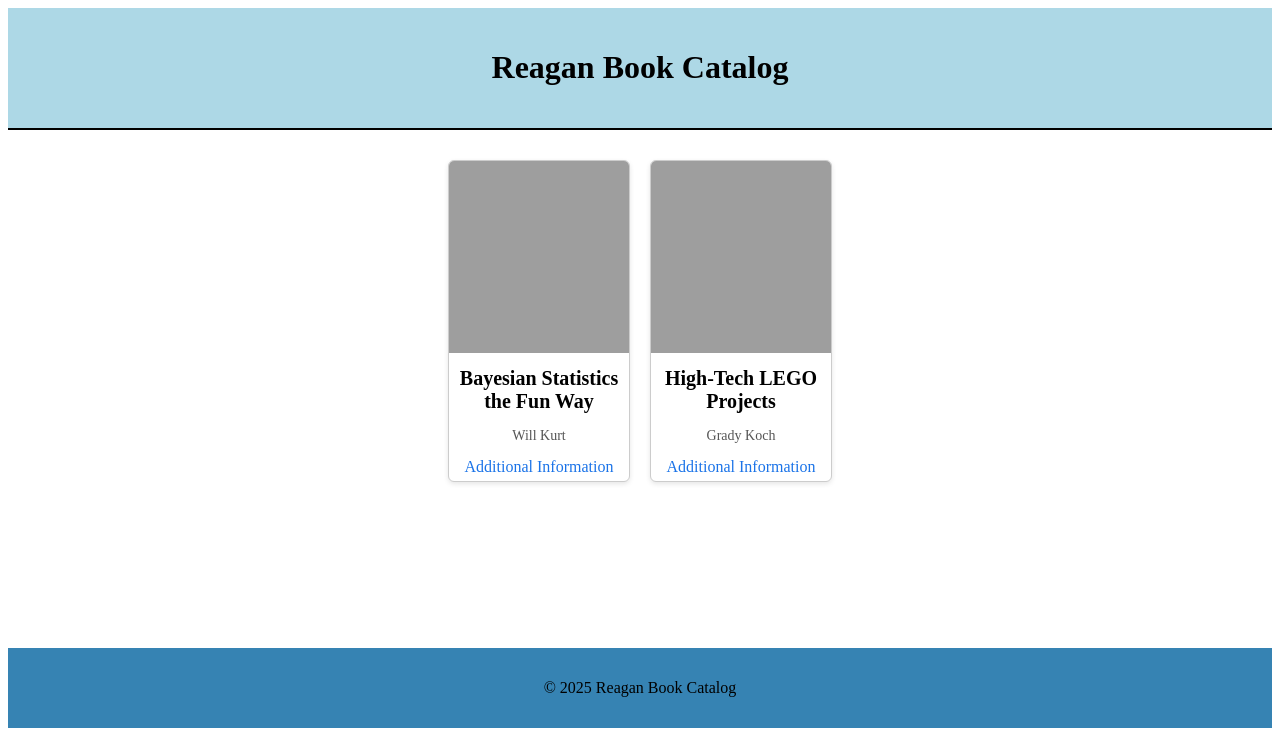
Repository: antyc0817/COMP-3170-Assignment-2-Reagan
Page: /
These files come from the project's save history. The page is drawn as it stood at one moment and after the next save; the edit follows.
The browser window is 1280 px wide. The pictures show the whole page.
Pictures or frames that could not be fetched are drawn as grey boxes. The project was rebuilt for these pictures with package versions that can differ from the ones it lists, and the page was loaded fresh each time. Also part of the build but not shown: vite.config.js, src/index.css.

Above is the page before, as saved 2025-09-10 22:51:00.

### index.html
<!DOCTYPE html>
<html lang="en">
    <head>
        <meta charset="UTF-8" />
        <meta
            name="viewport"
            content="width=device-width, initial-scale=1.0" />
        <title>Reagan's Book Catalog</title>
    </head>
    <body>
        <div id="root"></div>
        <script
            type="module"
            src="/src/main.jsx"></script>
    </body>
</html>

### src/App.jsx
import "./App.css";
import Book from "./book.jsx";

function App() {
    return (
        <div id='app-container'>
            <header>
                <h1>Reagan Book Catalog</h1>
            </header>

            <main className='content'>
                <Book
                    image='https://itbook.store/img/books/9781593279561.png'
                    title='Bayesian Statistics the Fun Way'
                    authors='Will Kurt'
                    link='https://itbook.store/books/9781593279561'
                />
                <Book
                    image='https://itbook.store/img/books/9781718500259.png'
                    title='High-Tech LEGO Projects'
                    authors='Grady Koch'
                    link='https://itbook.store/books/9781718500259'
                />
            </main>

            <footer>
                <p>© 2025 Reagan Book Catalog</p>
            </footer>
        </div>
    );
}

export default App;

### src/App.css
#app-container {
    display: flex;
    flex-direction: column;
    min-height: 100vh;
}
header {
    text-align: center;
    background-color: lightblue;
    padding: 20px;
    border-bottom: 2px solid #000;
}

footer {
    text-align: center;
    padding: 15px;
    background-color: #3683b3;
    margin-top: auto;
}

:root {
    --book-w: 180px;
    --book-h: 320px;
}

.content {
    display: flex;
    justify-content: center;
    gap: 20px;
    padding: 30px;
}

.book {
    width: var(--book-w);
    height: var(--book-h);
    border: 1px solid #ccc;
    border-radius: 6px;
    overflow: hidden;
    display: flex;
    flex-direction: column;
    justify-content: space-between;
    background-color: #fff;
    box-shadow: 0 2px 5px rgba(0, 0, 0, 0.1);
}

.book img {
    width: 100%;
    height: 60%;
    object-fit: cover;
}

.book h3 {
    margin: 5px 0;
    font-size: 20px;
    text-align: center;
}

.book p {
    margin: 0 0 5px 0;
    font-size: 14px;
    text-align: center;
    color: #555;
}

.book a {
    text-decoration: none;
    color: #1a73e8;
    text-align: center;
    display: block;
    margin-bottom: 5px;
    font-weight: 500;
}

### src/book.jsx
function Book({ image, title, authors, link }) {
    return (
        <div className='book'>
            <img
                src={image}
                alt={title}
            />
            <h3>{title}</h3>
            <p>{authors}</p>
            <a
                href={link}
                target='_blank'>
                Additional Information
            </a>
        </div>
    );
}

export default Book;

Loaded but not shown: src/main.jsx (common file)

After the next save:
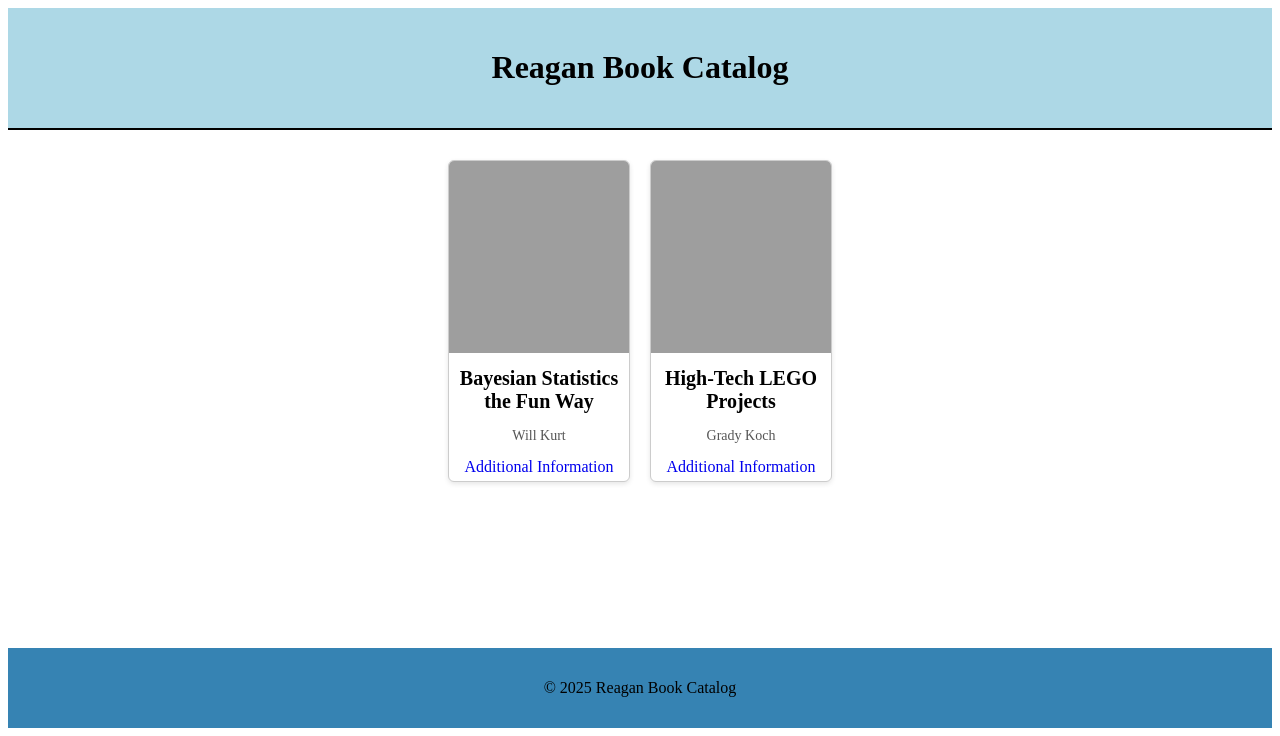
Saved 13 s later.
--- a/src/App.css
+++ b/src/App.css
@@ -62,7 +62,7 @@
 }
 
 .book a {
-    text-decoration: none;
+    text-decoration: none; //remove underline//
     color: #1a73e8;
     text-align: center;
     display: block;

After the save that followed:
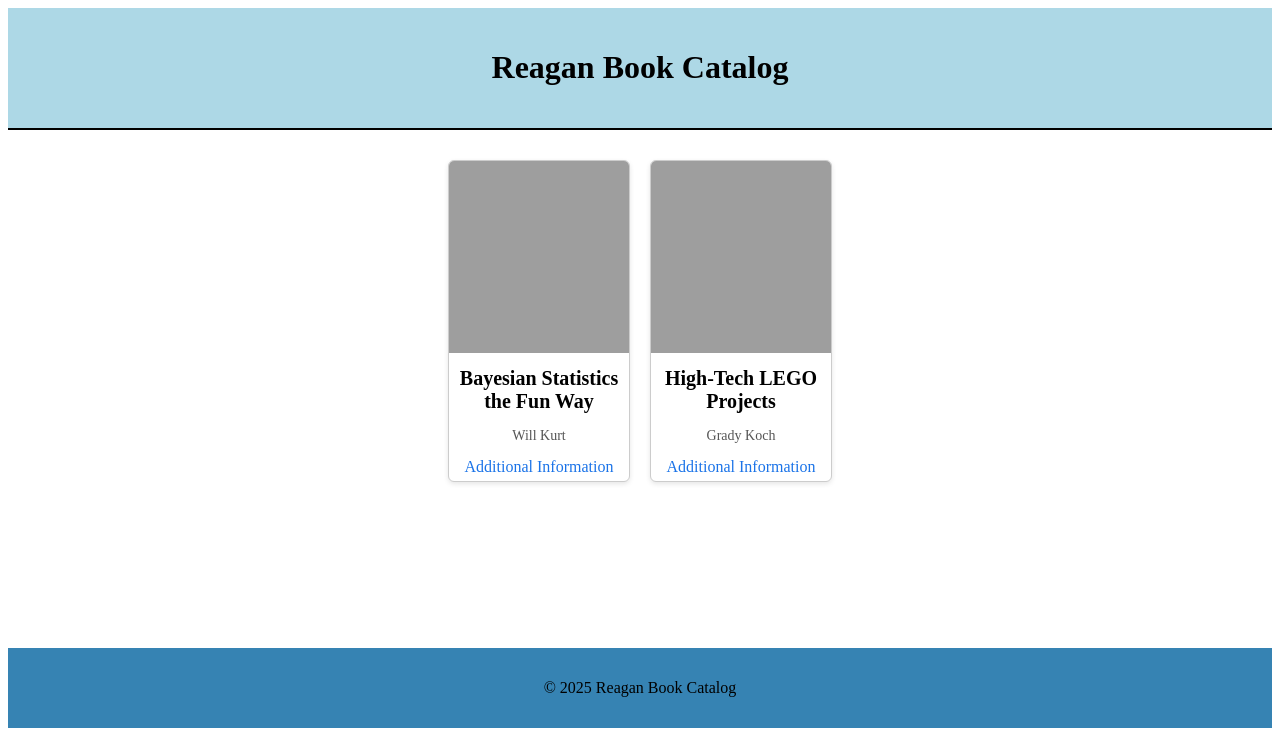
Saved 39 s later.
--- a/src/App.css
+++ b/src/App.css
@@ -62,7 +62,7 @@
 }
 
 .book a {
-    text-decoration: none; //remove underline//
+    text-decoration: none; /*Remove underline on hover */
     color: #1a73e8;
     text-align: center;
     display: block;
